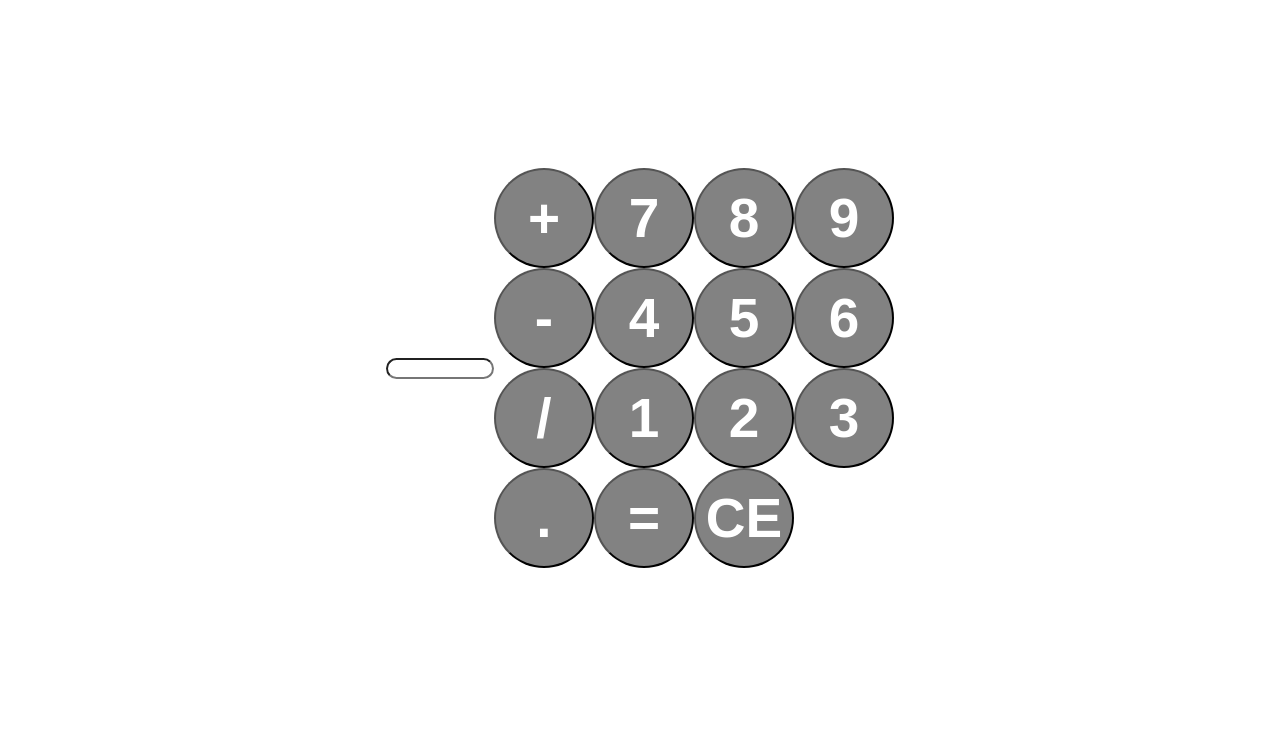
Repository: rkrukshan/JS-Calculator
Page: index.html
An editor plug-in stored every save of this project. The page is shown before and after a run of saves, followed by the edit.
The browser window is 1280 px wide. The pictures show the whole page.

Above is the page before, as saved 2024-09-02 13:30:55.

### index.html
<!DOCTYPE html>
<html lang="en">

<head>
    <meta charset="UTF-8">
    <meta name="viewport" content="width=device-width, initial-scale=1.0">
    <title>Document</title>
    <link rel="stylesheet" href="style.css">
</head>

<body>
    <div id="calculator">
        <input id="screen" readonly>
        <div id="buttons">

            <button onclick="appendScreen('+')">+</button>
            <button onclick="appendScreen('7')">7</button>
            <button onclick="appendScreen('8')">8</button>
            <button onclick="appendScreen('9')">9</button>
            <button onclick="appendScreen('-')">-</button>
            <button onclick="appendScreen('4')">4</button>
            <button onclick="appendScreen('5')">5</button>
            <button onclick="appendScreen('6')">6</button>
            <button onclick="appendScreen('/')">/</button>
            <button onclick="appendScreen('1')">1</button>
            <button onclick="appendScreen('2')">2</button>
            <button onclick="appendScreen('3')">3</button>
            <button onclick="appendScreen('.')">.</button>
            <button onclick="appendScreen('=')">=</button>
            <button onclick="appendScreen('CE')">CE</button>

        </div>
    </div>
</body>

</html>

### style.css
#calculator {
  display: flex;
  align-items: center;
  height: 100vh;
  justify-content: center;
  border: none;
}
#screen {
  width: 100px;
  color: white;
  border-radius: 15px;
}
#buttons {
  display: grid;
  grid-template-columns: repeat(4, 1fr);
}
button{
    width: 100px;
    height: 100px;
    border-radius: 50px;
    color: white;
    background-color: hsl(0, 0%,51%);
    font-size: 55px;
    font-weight: bold;
}

After the next 2 saves:
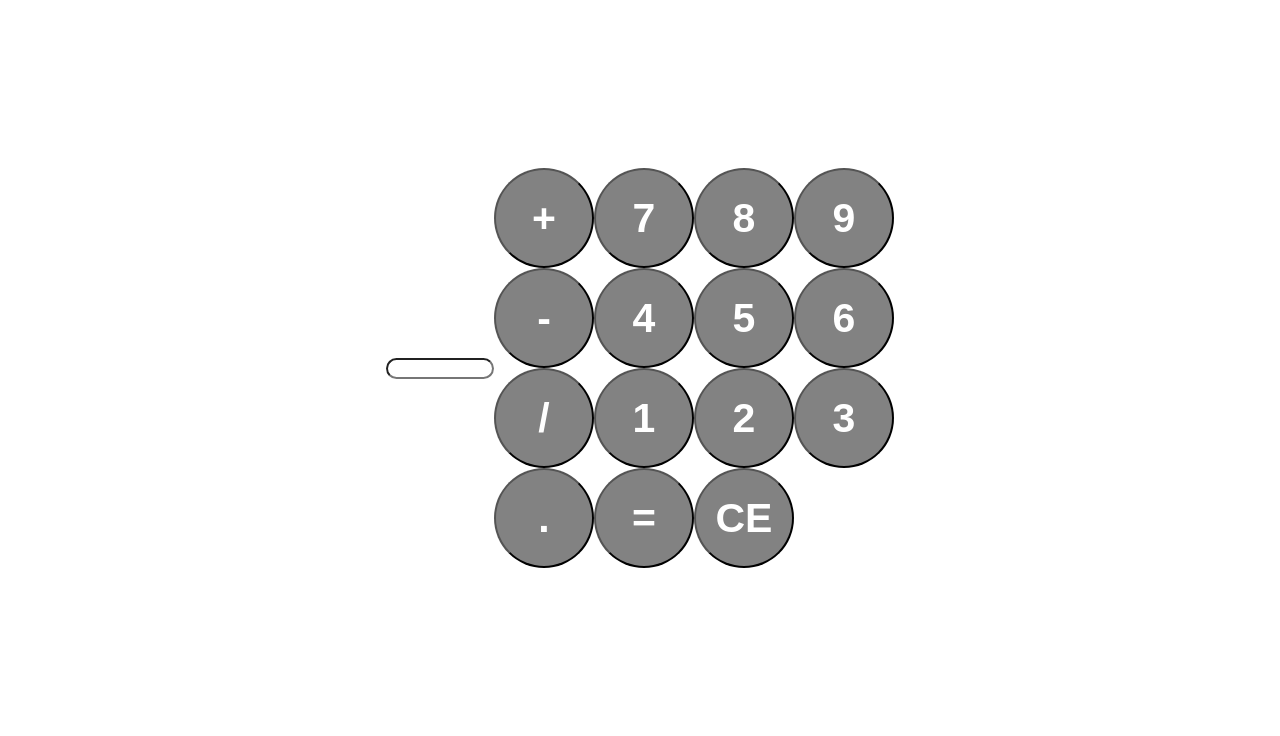
The 2 saves are shown as one change because they came seconds apart.
The last was saved 9 s later.
--- a/style.css
+++ b/style.css
@@ -20,6 +20,6 @@
     border-radius: 50px;
     color: white;
     background-color: hsl(0, 0%,51%);
-    font-size: 55px;
+    font-size: 41px;
     font-weight: bold;
 }
